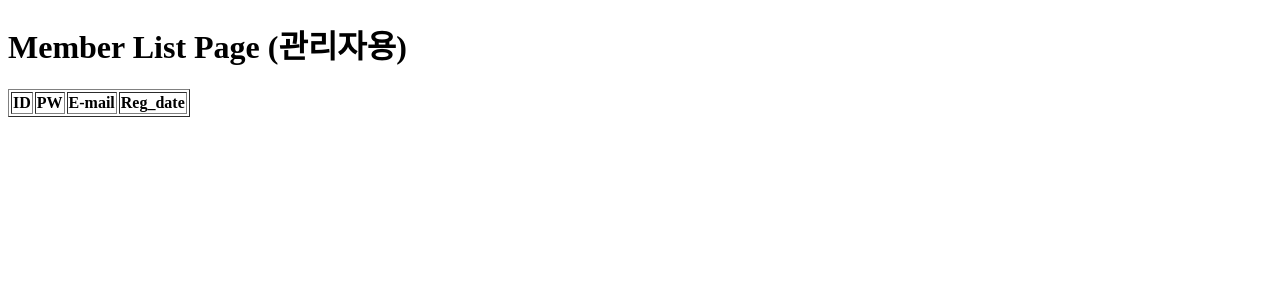
Repository: Leesunghoon1/brd_mem
Page: http://localhost/jps_BoardMember/member/list.jsp
These files come from the project's save history. The page is drawn as it stood at one moment and after the next save; the edit follows.
The browser window is 1280 px wide. The pictures show the whole page.
The page is served by Tomcat 9.

Above is the page before, as saved 2023-09-08 12:11:46.

After the next save:
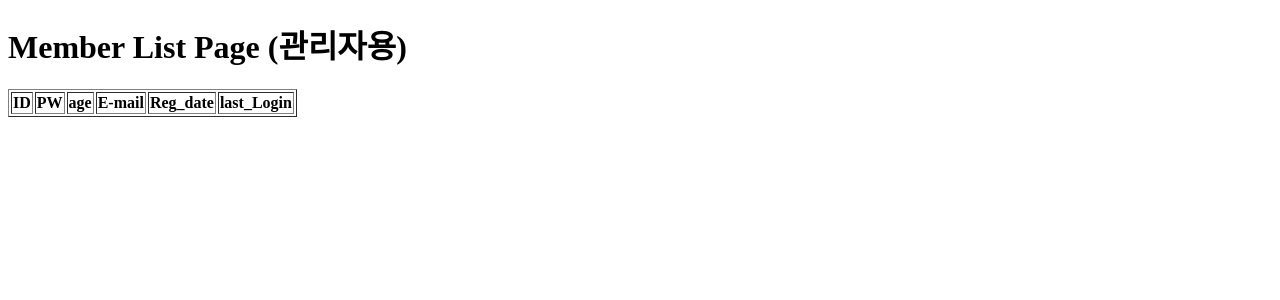
Saved 63 s later.
--- a/jps_BoardMember/src/main/webapp/member/list.jsp
+++ b/jps_BoardMember/src/main/webapp/member/list.jsp
@@ -1,5 +1,6 @@
 <%@ page language="java" contentType="text/html; charset=UTF-8"
     pageEncoding="UTF-8"%>
+    <%@ taglib uri="http://java.sun.com/jsp/jstl/core" prefix="c" %>
 <!DOCTYPE html>
 <html>
 <head>
@@ -17,12 +18,19 @@
 		PW
 		</th>
 		<th>
+		age
+		</th>
+		<th>
 		E-mail
 		</th>
 		<th>
 		Reg_date
 		</th>
+		<th>
+		last_Login
+		</th>
 	</tr>
+
 </table>
 </body>
 </html>
